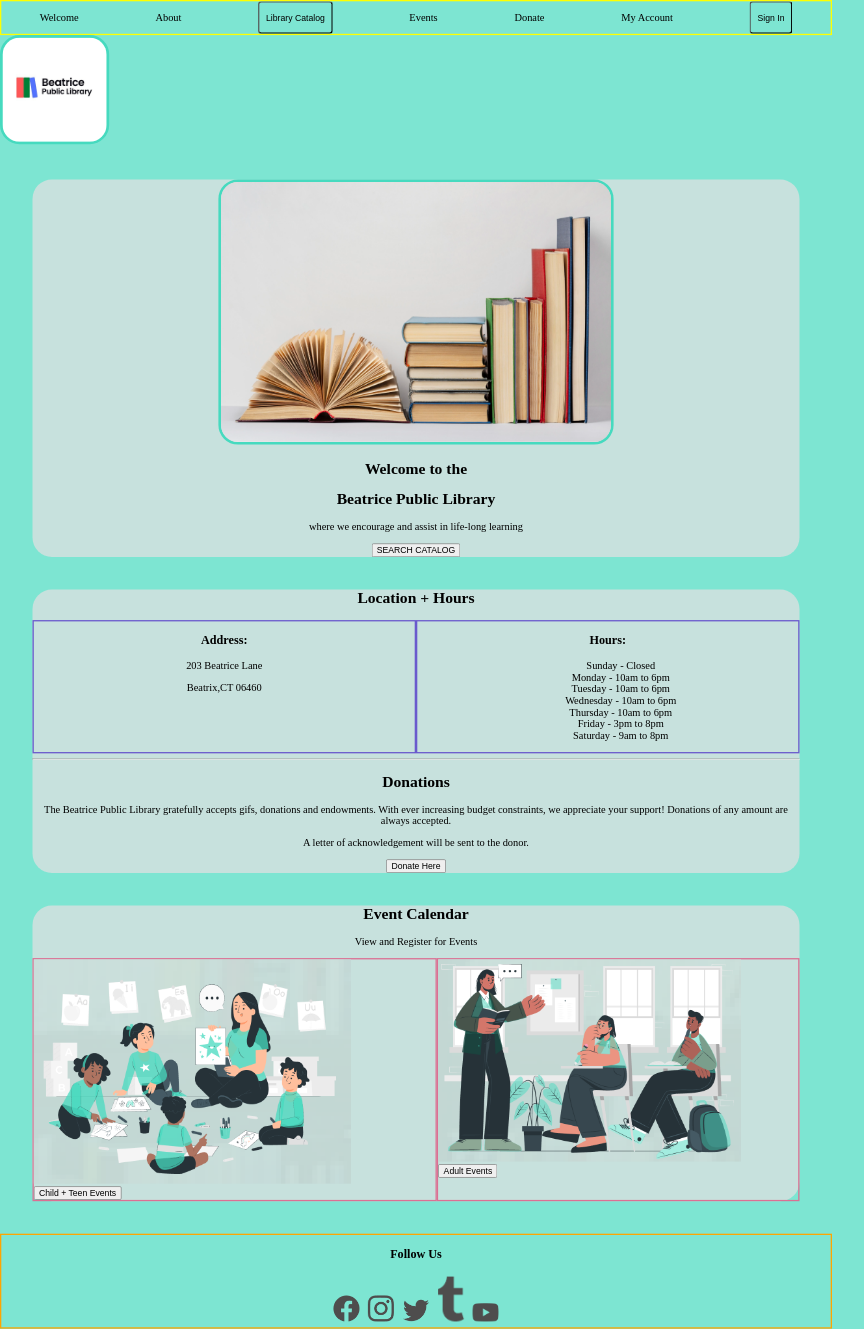
Repository: cokoduwa/RA-Wk5-Library
Page: index.html
An editor plug-in stored every save of this project. The page is shown before and after the next save, followed by the edit.
The browser window is 1280 px wide. The page is 1280 px wide, then 1330 px, so the pictures cover 1330 px, including what lies to the right of the window. The pictures show the whole page, at 65% of full size.

Above is the page before, as saved 2023-01-17 21:56:16.

### index.html
<!DOCTYPE html>
<html lang="en">
<head>
    <meta charset="UTF-8">
    <meta http-equiv="X-UA-Compatible" content="IE=edge">
    <meta name="viewport" content="width=device-width, initial-scale=1.0">
    <link rel="stylesheet" href="index.css">
    <title>Beatrice Public Library</title>
</head>
<body>
    <nav>
        <div class="menu-options">
            <p>Welcome</p>
            <p>About</p>
            <button>Library Catalog</button>
            <p>Events</p>
            <p>Donate</p>
            <p>My Account</p>
            <button>Sign In</button>
        </div>
    </nav>

    <main>

        <img id="logo" src="images/BPLcanvaLogo.jpeg" alt="BPL Logo">

        <section class="intro">
            <img src="images/books.png" alt="Books lined up">
            <h2>Welcome to the </h2>
            <h1>Beatrice Public Library</h1>
            <p>where we encourage and assist in life-long learning</p>
            <button>SEARCH CATALOG</button>
        </section>

        <section id="info">
            <h2>Location + Hours</h2>
            <div class="info">
                <div class="address">
                    <h3>Address: </h3>
                    <p>203 Beatrice Lane</p>
                    <p>Beatrix,CT 06460</p>
                </div>

                <div class="hours">
                    <h3>Hours:</h3>
                    <ul>
                        <li>Sunday - Closed</li>
                        <li>Monday - 10am to 6pm</li>
                        <li>Tuesday - 10am to 6pm</li>
                        <li>Wednesday - 10am to 6pm</li>
                        <li>Thursday - 10am to 6pm</li>
                        <li>Friday - 3pm to 8pm</li>
                        <li>Saturday - 9am to 8pm</li>
                    </ul>
                </div>

            </div>

            <hr>
            <h2>Donations</h2>
            <p>The Beatrice Public Library gratefully accepts gifs, donations and endowments. With ever
                increasing budget constraints, we appreciate your support! Donations of any amount are
                always accepted.</p>
            <p>A letter of acknowledgement will be sent to the donor.</p>
            <button>Donate Here</button>
        </section>

        <section class="events">
            <h2>Event Calendar</h2>
            <p>View and Register for Events</p>

            <div class="event-types">
                <div class="child">
                    <img src="images/child.png" alt="Teacher and children">
                    <button>Child + Teen Events</button>
                </div>

                <div class="adult">
                    <img src="images/adults.png" alt="Teacher and adult students">
                    <button>Adult Events</button>
                </div>

            </div>


        </section>

    </main>

    <footer>
        <h3>Follow Us</h3>
        <img class="social-media-logos" src="images/facebook.png" alt="Facebook Logo">
        <img class="social-media-logos" src="images/instagram.png" alt="Instagram Logo">
        <img class="social-media-logos" src="images/twitter.png" alt="Twitter Logo">
        <img class="social-media-logos" src="images/tumblr.png" alt="Tumblr Logo">
        <img class="social-media-logos" src="images/youtube.png" alt="YouTube Logo">
    </footer>

</body>
</html>

### index.css
body {
    margin: 0;
    background: rgb(70, 218, 191, 0.7);
}

/* main {
    background-image: url(images/library.png);
    opacity: 0.3;
    background-repeat: no-repeat;
} */

nav {
    border: 2px yellow solid;
}

.menu-options{
    display: flex;
    justify-content: space-around;
}

nav button {
    background: none;
    padding: 5px 10px;
    border-radius: 5px;
}

#logo {
    border: 2px green solid;
    width: 10em;
    border-radius: 30px;
    border: 4px solid #46DABF;
}

section{
    /* border: 2px blueviolet solid; */
    background: rgba(224, 224, 224, 0.75);
    /* width: 100%; */
    margin: 50px;
    /* padding: 20px; */
    border-radius: 30px;

}

.intro {
    text-align: center;
}

.intro img {
    width: 600px;
    height: 400px;
    border-radius: 30px;
    border: 4px solid #46DABF;
}

.info {
    display:grid;
    grid-template-columns: 1fr 1fr;

}

li {
    list-style: none;
}

#info{
    text-align: center;
}

.hours, .address {
    border: 2px slateblue solid;
}

.events h2, .events p {
    text-align: center;

}

.event-types{
    display: flex;
    justify-content: center;
    /* display: grid;
    grid-template-columns: 1fr 1fr; */
}

.child, .adult {
    border: 2px palevioletred solid;
}

footer {
    border: 2px orange solid;
    text-align: center;
}

.social-media-logos{
    width: 2.5em;
    padding: .3em;
}

After the next save:
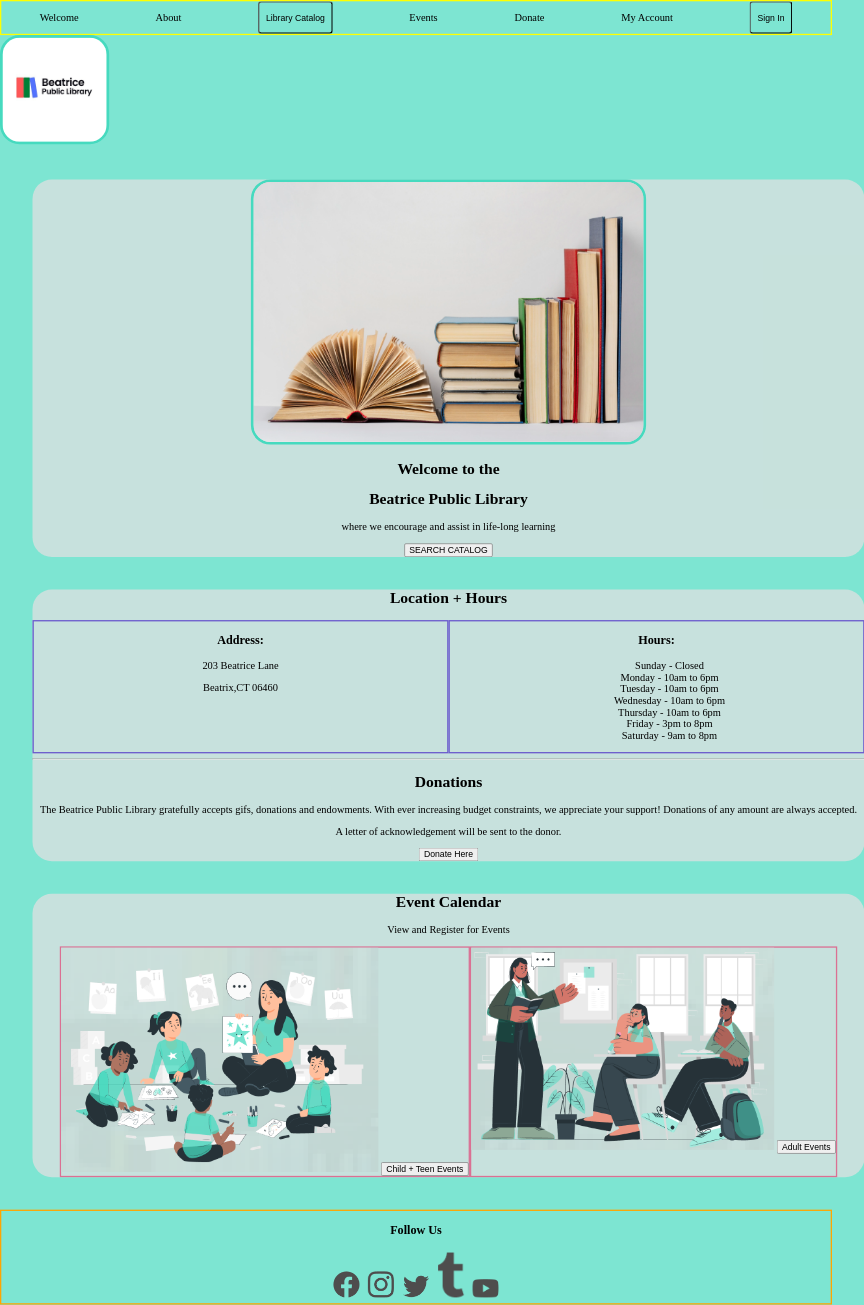
Saved 18 s later.
--- a/index.css
+++ b/index.css
@@ -34,7 +34,7 @@ nav button {
 section{
     /* border: 2px blueviolet solid; */
     background: rgba(224, 224, 224, 0.75);
-    /* width: 100%; */
+    width: 100%;
     margin: 50px;
     /* padding: 20px; */
     border-radius: 30px;
